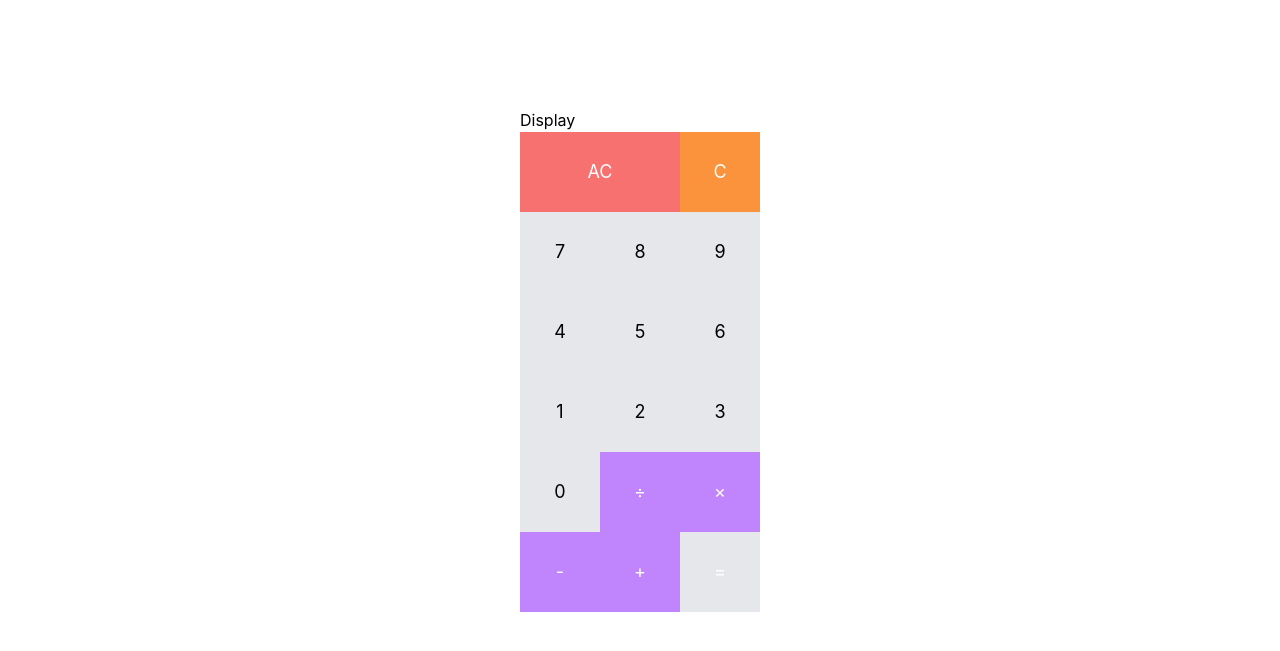
Repository: BrianPhamDev/calculator_app
Page: /
The author's editor kept a copy of each file at every save. The page is drawn from the files as they stood at one save, then again after the next save.
The browser window is 1280 px wide. The pictures show the whole page.
The project was rebuilt for these pictures with package versions that can differ from the ones it lists, and the page was loaded fresh each time. Also part of the build but not shown: vite.config.js.

Above is the page before, as saved 2024-01-09 14:30:59.

### src/App.jsx
import Calculator from "./components/Calculator";

function App() {
  return (
    <>
      <div className="flex items-center justify-center w-screen h-screen">
        <Calculator></Calculator>
      </div>
    </>
  );
}

export default App;

### src/components/Calculator.jsx
import { calculatorButtons } from "../globals/calculator-button-data";

const Calculator = () => {
  const specialTypes = {
    operator: "bg-purple-400 text-white",
    enter: "bg-blue-400 text-white",
  };
  const specialClasses = {
    ac: "col-span-2 w-40 bg-red-400 text-white",
    c: "bg-orange-400 text-white",
  };
  return (
    <div className="">
      <h1>Display</h1>
      <div className="grid grid-cols-3">
        {calculatorButtons.map((button) => {
          return (
            <div
              key={button.className}
              className={`bg-gray-200 flex items-center justify-center w-20 h-20 hover:bg-slate-300 text-lg ${
                specialClasses[button.className] || ""
              }
              ${specialTypes[button.type] || ""}`}
            >
              {button.text}
            </div>
          );
        })}
      </div>
    </div>
  );
};

export default Calculator;

### src/globals/calculator-button-data.js
export const calculatorButtons = [
  {
    type: "clear",
    className: "ac",
    text: "AC",
    value: "All Clear",
  },
  {
    type: "clear",
    className: "c",
    text: "C",
    value: "Clear",
  },
  {
    type: "number",
    className: "seven",
    text: 7,
    value: 7,
  },
  {
    type: "number",
    className: "eight",
    text: 8,
    value: 8,
  },
  {
    type: "number",
    className: "nine",
    text: 9,
    value: 9,
  },

  {
    type: "number",
    className: "four",
    text: 4,
    value: 4,
  },
  {
    type: "number",
    className: "five",
    text: 5,
    value: 5,
  },
  {
    type: "number",
    className: "six",
    text: 6,
    value: 6,
  },

  {
    type: "number",
    className: "one",
    text: 1,
    value: 1,
  },
  {
    type: "number",
    className: "two",
    text: 2,
    value: 2,
  },
  {
    type: "number",
    className: "three",
    text: 3,
    value: 3,
  },
  {
    type: "number",
    className: "zero",
    text: 0,
    value: 0,
  },
  {
    type: "operator",
    className: "divide",
    text: "\u00f7",
    value: "Divide",
  },
  {
    type: "operator",
    className: "multiply",
    text: "\u00d7",
    value: "Multiply",
  },
  {
    type: "operator",
    className: "subtract",
    text: "-",
    value: "Subtract",
  },

  {
    type: "operator",
    className: "add",
    text: "+",
    value: "Add",
  },
  {
    type: "enter",
    className: "equal",
    text: "=",
    value: "Equal",
  },
];

Loaded but not shown: index.html (common file); src/main.jsx (common file); src/index.css (common file); tailwind.config.js (common file)

After the next save:
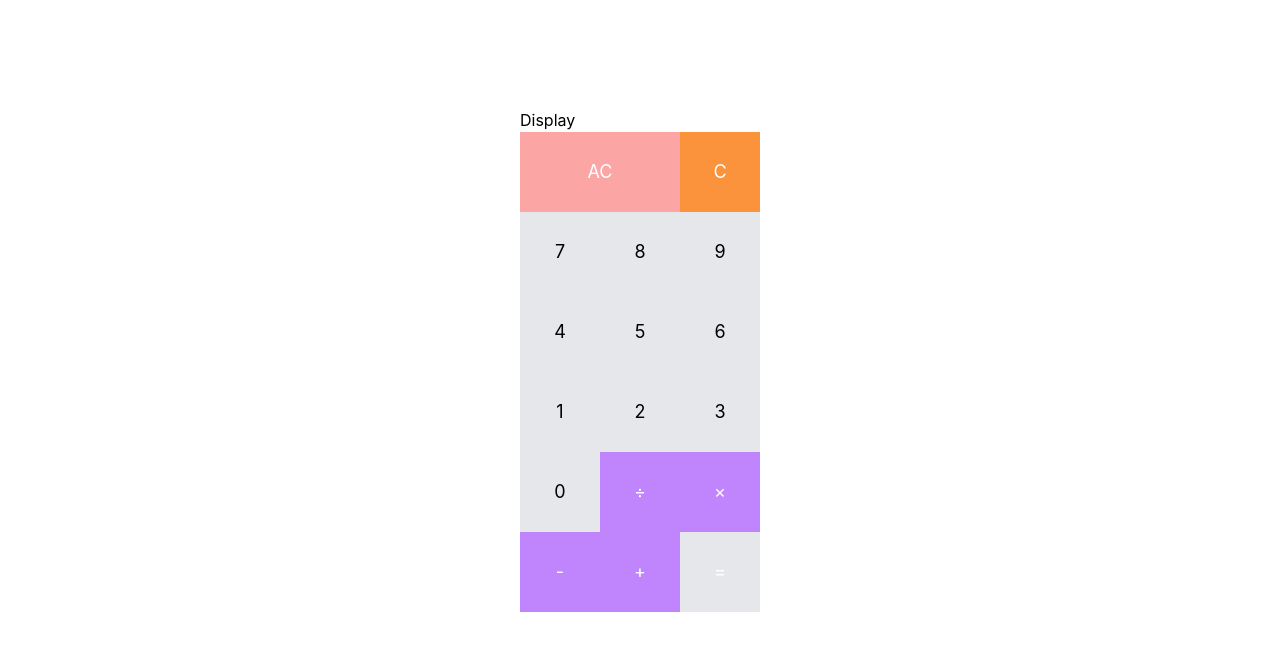
Saved 4 s later.
--- a/src/components/Calculator.jsx
+++ b/src/components/Calculator.jsx
@@ -6,7 +6,7 @@ const Calculator = () => {
     enter: "bg-blue-400 text-white",
   };
   const specialClasses = {
-    ac: "col-span-2 w-40 bg-red-400 text-white",
+    ac: "col-span-2 w-40 bg-red-300 text-white",
     c: "bg-orange-400 text-white",
   };
   return (
